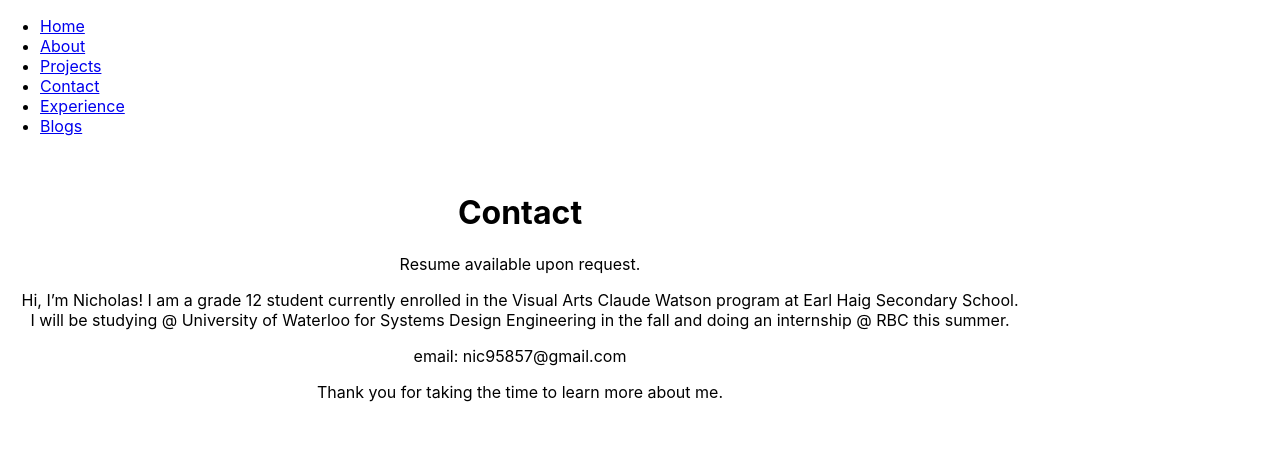
Repository: nicholaschen09/personalWebsite
Page: /contact
The author's editor kept a copy of each file at every save. The page is drawn from the files as they stood at one save, then again after the next save.
The browser window is 1280 px wide. The pictures show the whole page.
The project was rebuilt for these pictures with package versions that can differ from the ones it lists, and the page was loaded fresh each time. Also part of the build but not shown: src/components/About.css, src/components/About.js, src/components/Home.css, src/components/Home.js, src/components/Projects.css, src/components/Projects.js, src/components/Experience.css, src/components/Experience.js and 2 more.

Above is the page before, as saved 2024-05-23 00:16:03.

### src/App.js
import React from 'react';
import { BrowserRouter as Router, Route, Routes, Link } from 'react-router-dom';
import About from './components/About.js';
import Home from './components/Home.js';
import Projects from './components/Projects.js';
import Contact from './components/Contact.js';
import Experience from './components/Experience.js';
import Blog from './components/Blog.js';

function App() {
  return (
    <Router>
      <div>
        <nav>
          <ul>
            <li>
              <Link to="/">Home</Link>
            </li>
            <li>
              <Link to="/about">About</Link>
            </li>
            <li>
              <Link to="/projects">Projects</Link>
            </li>
            <li>
              <Link to="/contact">Contact</Link>
            </li>
            <li>
              <Link to="/experience">Experience</Link>
            </li>
            <li>
              <Link to="/blogs">Blogs</Link>
            </li>
          </ul>
        </nav>

        <Routes>
          <Route path="/about" element={<About />} />
          <Route path="/" element={<Home />} />
          <Route path="/projects" element={<Projects />} />
          <Route path="/blogs" element={<Blog />} />
          <Route path="/experience" element={<Experience />} />
          <Route path="/contact" element={<Contact />} />
        </Routes>
      </div>
    </Router>
  );
}

export default App;

### src/components/Contact.js
import React from 'react';
import './Contact.css';

const Contact = () => {
    return (
        <div className="contact">
            <h1>Contact</h1>
            <p>Resume available upon request.</p>
            <p>Hi, I’m Nicholas!  I am a grade 12 student currently enrolled in the Visual Arts Claude Watson
                program at Earl Haig Secondary School. I will be studying @ University of
                Waterloo for Systems Design Engineering in the fall and doing an internship @ RBC this summer.</p>
            <p>email: nic95857@gmail.com</p>
            <p>Thank you for taking the time to learn more about me.</p>
        </div>
    );
};

export default Contact;

### src/components/Contact.css
.contact {
    text-align: center;
    padding: 20px;
    width: 1000px;
}

Loaded but not shown: public/index.html (common file); src/index.js (common file); src/index.css (common file); src/reportWebVitals.js (common file)

After the next save:
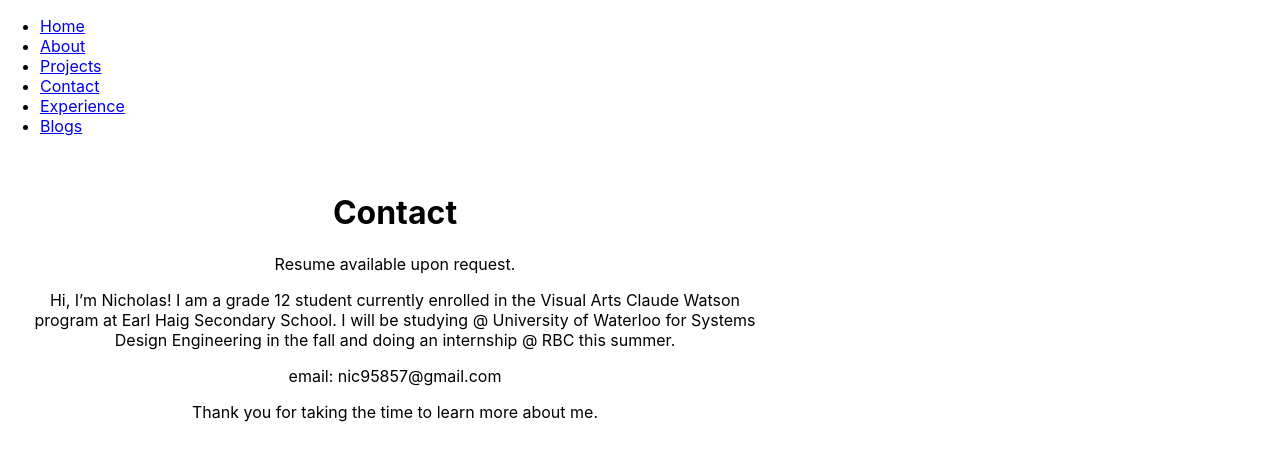
Saved 6 s later.
--- a/src/components/Contact.css
+++ b/src/components/Contact.css
@@ -1,5 +1,5 @@
 .contact {
     text-align: center;
     padding: 20px;
-    width: 1000px;
+    width: 750px;
 }
